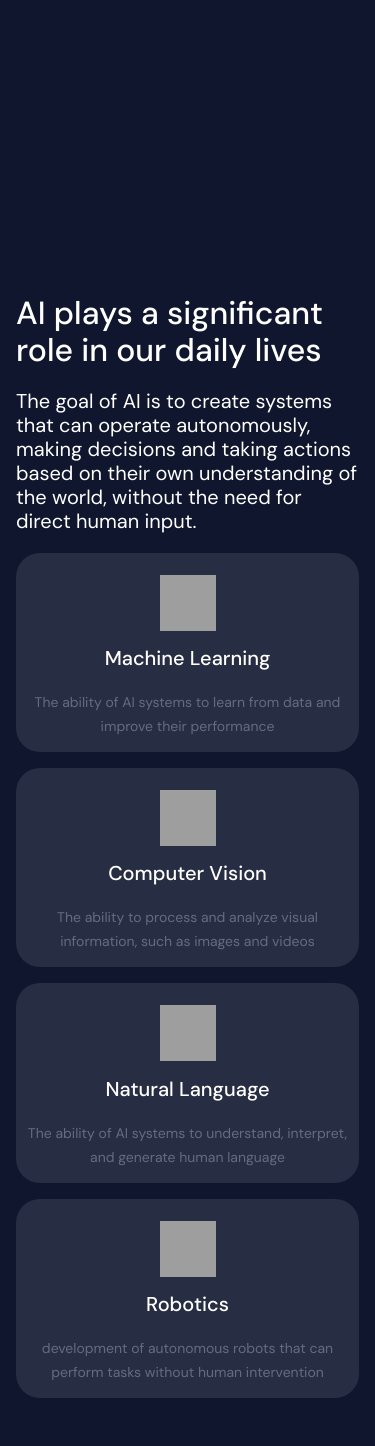
Repository: guli95/four-areas-of-AI-INVO-ACAdemy
Page: /
The author's editor kept a copy of each file at every save. The page is drawn from the files as they stood at one save, then again after the next save.
The browser window is 375 px wide. The pictures show the whole page.
Pictures or frames that could not be fetched are drawn as grey boxes. The project was rebuilt for these pictures with package versions that can differ from the ones it lists, and the page was loaded fresh each time.

Above is the page before, as saved 2023-03-13 16:07:47.

### index.html
<!DOCTYPE html>
<html lang="en">

<head>
  <meta charset="UTF-8" />
  <link rel="icon" type="image/svg+xml" href="/vite.svg" />
  <meta name="viewport" content="width=device-width, initial-scale=1.0" />
  <title>Four AI areas</title>
</head>

<!-- In order to start your challenge, remove all the content inside <div id="home-page"></div> and start coding :) -->

<body>
  <div id="home-page">
    <div class="flexbox-container">
      <div class="heading-wrapper">
        <h1 class="heading-title">AI plays a significant role in our daily lives</h1>
        <p class="heading-text">The goal of AI is to create systems that can operate autonomously, making decisions and taking actions based on their own understanding of the world, without the need for direct human input.</p>
      </div>
      <div class="card-container">
        <a href="" class="card-link">
        <div class="card">
          <img src="./public/images/card-icon1.png" alt="" class="card-img" role="presentation">
          <h3 class="card-title">Machine Learning</h3>
          <p class="card-text">The ability of AI systems to learn from data and improve their performance</p>
        </div>
        </a>
        <a href="" class="card-link">
        <div class="card">
          <img src="./public/images/card-icon2.png" alt="" class="card-img" role="presentation">
          <h3 class="card-title">Computer Vision</h3>
          <p class="card-text">The ability to process and analyze visual information, such as images and videos</p>
        </div>
        </a>
        <a href="" class="card-link">
        <div class="card">
          <img src="./public/images/card-icon3.png" alt="" class="card-img" role="presentation">
          <h3 class="card-title">Natural Language</h3>
          <p class="card-text">The ability of AI systems to understand, interpret, and generate human language</p>
        </div>
        </a>
        <a href="" class="card-link">
        <div class="card">
          <img src="./public/images/card-icon4.png" alt="" class="card-img" role="presentation">
          <h3 class="card-title">Robotics</h3>
          <p class="card-text">development of autonomous robots that can perform tasks without human intervention</p>
        </div>
        </a>
      </div>
    </div>
  </div>

  <script type="module" src="/src/global-scripts/main.js"></script>
</body>

</html>

### src/global-scripts/main.js
/// Main JavaScript File
/// Here we import all the global JavaScript files we need for our project.

import "../global-styles/style.scss";
import "../../src/pages/home-page/styles/home-page.scss";

### src/global-styles/style.scss
/// Main Styles File
/// Here we import all the global Styles files we need for our project.

@import "styles/normalize.scss";
@import "styles/root.scss";
@import "styles/fonts.scss";

body {
  font-family: 'DS sans', sans-serif;
  color: var(--color-primary);
}

p {
  color: var(--color-on-surface);
}

### src/pages/home-page/styles/home-page.scss
/// Homepage Styles File
/// Here we import all the Styles files we need for our Homepage.
@import '../../../global-styles/styles/_root.scss';

#home-page{
    color: var(--color-white);
    font-family: 'DM Sans',sans-serif;
    height: 100%;

 .flexbox-container{
    max-width: 1440px;
    padding: 0 20px;
    display: flex;
    justify-content: center;
    margin: 160px auto 0 auto;
    gap: 0px;
    @media screen and (max-width:1191px) {
        flex-direction:column;
        align-items: center;
        margin-top: 247px;
    }
    @media screen and (max-width:480px) {
        padding: 48px 16px;
    }
    .heading-wrapper{
        font-family: "DM Sans", sans-serif;
        text-align: left ;
        vertical-align: top;
        max-width: 480px;
        padding-left: 30px;
        padding-right: 60px;
        @media screen and (max-width:1191px) {
            width: 100%;
            padding: 0 14px;
            max-width: 500px;
        }
        .heading-title{
            font-size: var(--text-xl);
            font-weight: 500;
            line-height: 115%;
            letter-spacing: 0.2%;
            margin: 0 0 24px 0;
            @media screen and (max-width:1191px) {
                margin-bottom: 10px;

            }
            @media screen and (max-width:480px) {
                font-size: var(--text-l);
            }
        }
        .heading-text{
            font-size: var(--text-m);
            line-height: 24px;
            font-weight: 300;

        }
        @media screen and (max-width:480px) {
            font-size: var(--text-s);
        }
    }
    .card-container{
        display: flex;
        justify-content: center;
        flex-wrap: wrap;
        gap: 24px;
        max-width: 620px;
        @media screen and (max-width:1191px) {
            width: 100%;
            gap:16px;
            max-width: 500px;
        }
        .card-link{
            display: flex;
            color: var(--color-white);
            text-decoration: none;
            flex-direction: column;
            align-items: center;
            max-width: 240px;
            max-width: 250px;
            min-height: 200px;
            padding: 22px 10px;
            background-color:var(--color-secondary-grey);
            text-align: center;
            border-radius: var(--rounding-big);
            transition: .2s;
            &:hover{
                background-color: lighten($color: #272D42, $amount: 10) ;
            }
            @media screen and (max-width:1191px) {
                max-width: 220px;
                padding-bottom: 0;
                justify-content: flex-start;
                min-height: auto;
            }
            @media screen and (max-width:480px) {
                width: 100%;
                min-height:auto;
                max-width: none;
            }
            .card-img{
                width: 64px;
                height: 64px;
                @media screen and (max-width:1191px) {
                    width: 56px;
                    height: 56px;
                }
            }
            .card-title{
                font-size: var(--text-m);
                font-weight: 500;
                margin-top: 12px;
            }
            .card-text{
                font-size: var(--text-s);
                mix-blend-mode:soft-light;
                line-height: 24px;
                @media screen and (max-width:1191px) {
                    font-size: var(--text-xs);
                }
            }
        }

    }
}

}

### src/global-styles/styles/normalize.scss
/*! normalize.css v8.0.1 | MIT License | github.com/necolas/normalize.css */

/* Document
   ========================================================================== */

/**
 * 1. Correct the line height in all browsers.
 * 2. Prevent adjustments of font size after orientation changes in iOS.
 */

html {
  line-height: 1.15; /* 1 */
  -webkit-text-size-adjust: 100%; /* 2 */
  background-color: var(--color-primary-dark-blue);
}

/* Sections
   ========================================================================== */

/**
 * Remove the margin in all browsers.
 */

body {
  margin: 0;
}

/**
 * Render the `main` element consistently in IE.
 */

main {
  display: block;
}

/**
 * Correct the font size and margin on `h1` elements within `section` and
 * `article` contexts in Chrome, Firefox, and Safari.
 */

h1 {
  font-size: 2em;
  margin: 0.67em 0;
}

/* Grouping content
   ========================================================================== */

/**
 * 1. Add the correct box sizing in Firefox.
 * 2. Show the overflow in Edge and IE.
 */

hr {
  box-sizing: content-box; /* 1 */
  height: 0; /* 1 */
  overflow: visible; /* 2 */
}

/**
 * 1. Correct the inheritance and scaling of font size in all browsers.
 * 2. Correct the odd `em` font sizing in all browsers.
 */

pre {
  font-family: monospace, monospace; /* 1 */
  font-size: 1em; /* 2 */
}

/* Text-level semantics
   ========================================================================== */

/**
 * Remove the gray background on active links in IE 10.
 */

a {
  background-color: transparent;
}

/**
 * 1. Remove the bottom border in Chrome 57-
 * 2. Add the correct text decoration in Chrome, Edge, IE, Opera, and Safari.
 */

abbr[title] {
  border-bottom: none; /* 1 */
  text-decoration: underline; /* 2 */
  text-decoration: underline dotted; /* 2 */
}

/**
 * Add the correct font weight in Chrome, Edge, and Safari.
 */

b,
strong {
  font-weight: bolder;
}

/**
 * 1. Correct the inheritance and scaling of font size in all browsers.
 * 2. Correct the odd `em` font sizing in all browsers.
 */

code,
kbd,
samp {
  font-family: monospace, monospace; /* 1 */
  font-size: 1em; /* 2 */
}

/**
 * Add the correct font size in all browsers.
 */

small {
  font-size: 80%;
}

/**
 * Prevent `sub` and `sup` elements from affecting the line height in
 * all browsers.
 */

sub,
sup {
  font-size: 75%;
  line-height: 0;
  position: relative;
  vertical-align: baseline;
}

sub {
  bottom: -0.25em;
}

sup {
  top: -0.5em;
}

/* Embedded content
   ========================================================================== */

/**
 * Remove the border on images inside links in IE 10.
 */

img {
  border-style: none;
}

/* Forms
   ========================================================================== */

/**
 * 1. Change the font styles in all browsers.
 * 2. Remove the margin in Firefox and Safari.
 */

button,
input,
optgroup,
select,
textarea {
  font-family: inherit; /* 1 */
  font-size: 100%; /* 1 */
  line-height: 1.15; /* 1 */
  margin: 0; /* 2 */
}

/**
 * Show the overflow in IE.
 * 1. Show the overflow in Edge.
 */

button,
input { /* 1 */
  overflow: visible;
}

/**
 * Remove the inheritance of text transform in Edge, Firefox, and IE.
 * 1. Remove the inheritance of text transform in Firefox.
 */

button,
select { /* 1 */
  text-transform: none;
}

/**
 * Correct the inability to style clickable types in iOS and Safari.
 */

button,
[type="button"],
[type="reset"],
[type="submit"] {
  -webkit-appearance: button;
}

/**
 * Remove the inner border and padding in Firefox.
 */

button::-moz-focus-inner,
[type="button"]::-moz-focus-inner,
[type="reset"]::-moz-focus-inner,
[type="submit"]::-moz-focus-inner {
  border-style: none;
  padding: 0;
}

/**
 * Restore the focus styles unset by the previous rule.
 */

button:-moz-focusring,
[type="button"]:-moz-focusring,
[type="reset"]:-moz-focusring,
[type="submit"]:-moz-focusring {
  outline: 1px dotted ButtonText;
}

/**
 * Correct the padding in Firefox.
 */

fieldset {
  padding: 0.35em 0.75em 0.625em;
}

/**
 * 1. Correct the text wrapping in Edge and IE.
 * 2. Correct the color inheritance from `fieldset` elements in IE.
 * 3. Remove the padding so developers are not caught out when they zero out
 *    `fieldset` elements in all browsers.
 */

legend {
  box-sizing: border-box; /* 1 */
  color: inherit; /* 2 */
  display: table; /* 1 */
  max-width: 100%; /* 1 */
  padding: 0; /* 3 */
  white-space: normal; /* 1 */
}

/**
 * Add the correct vertical alignment in Chrome, Firefox, and Opera.
 */

progress {
  vertical-align: baseline;
}

/**
 * Remove the default vertical scrollbar in IE 10+.
 */

textarea {
  overflow: auto;
}

/**
 * 1. Add the correct box sizing in IE 10.
 * 2. Remove the padding in IE 10.
 */

[type="checkbox"],
[type="radio"] {
  box-sizing: border-box; /* 1 */
  padding: 0; /* 2 */
}

/**
 * Correct the cursor style of increment and decrement buttons in Chrome.
 */

[type="number"]::-webkit-inner-spin-button,
[type="number"]::-webkit-outer-spin-button {
  height: auto;
}

/**
 * 1. Correct the odd appearance in Chrome and Safari.
 * 2. Correct the outline style in Safari.
 */

[type="search"] {
  -webkit-appearance: textfield; /* 1 */
  outline-offset: -2px; /* 2 */
}

/**
 * Remove the inner padding in Chrome and Safari on macOS.
 */

[type="search"]::-webkit-search-decoration {
  -webkit-appearance: none;
}

/**
 * 1. Correct the inability to style clickable types in iOS and Safari.
 * 2. Change font properties to `inherit` in Safari.
 */

::-webkit-file-upload-button {
  -webkit-appearance: button; /* 1 */
  font: inherit; /* 2 */
}

/* Interactive
   ========================================================================== */

/*
 * Add the correct display in Edge, IE 10+, and Firefox.
 */

details {
  display: block;
}

/*
 * Add the correct display in all browsers.
 */

summary {
  display: list-item;
}

/* Misc
   ========================================================================== */

/**
 * Add the correct display in IE 10+.
 */

template {
  display: none;
}

/**
 * Add the correct display in IE 10.
 */

[hidden] {
  display: none;
}

### src/global-styles/styles/root.scss
/// Root Styles file
/// Here we define all the root variables we need for our project.
/// For examples see Material Design color system: https://m2.material.io/design/color/the-color-system.html

:root {
    $--color-primary-dark-blue: #0F162D !global;
    --color-primary-pink: #CA59FF;
    --color-primary-purple: #6C7CFF;
    --color-primary-green: #2AFFFF;
    --color-primary-yellow: #FFF629;
    --color-white: #FFFFFF;
    --color-black: #000;
    --color-secondary-grey:#272D42;

}

### src/global-styles/styles/fonts.scss
/// Main Fonts File
/// Here we import all the fonts files we need for our project.

@import url('https://fonts.googleapis.com/css2?family=Roboto:ital,wght@0,100;0,300;0,400;0,500;0,700;0,900;1,100;1,300;1,400;1,500;1,700;1,900&display=swap');
@import url('https://fonts.googleapis.com/css2?family=DM+Sans:wght@400;500&display=swap');

### src/global-styles/styles/_root.scss
/// Root Styles file
/// Here we define all the root variables we need for our project.
/// For examples see Material Design color system: https://m2.material.io/design/color/the-color-system.html

:root {
    //colors
    --color-primary-dark-blue: #0F162D ;
    --color-primary-pink: #CA59FF;
    --color-primary-purple: #6C7CFF;
    --color-primary-green: #2AFFFF;
    --color-primary-yellow: #FFF629;
    --color-white: #FFFFFF;
    --color-black: #000;
    --color-secondary-grey:#272D42;

    //font-size
    --text-xl:48px;
    --text-l:32px;
    --text-m:20px;
    --text-s:16px;
    --text-xs:14px;

    //rounding
    --rounding-big:24px;
    --rounding-small:16px;
}

After the next save:
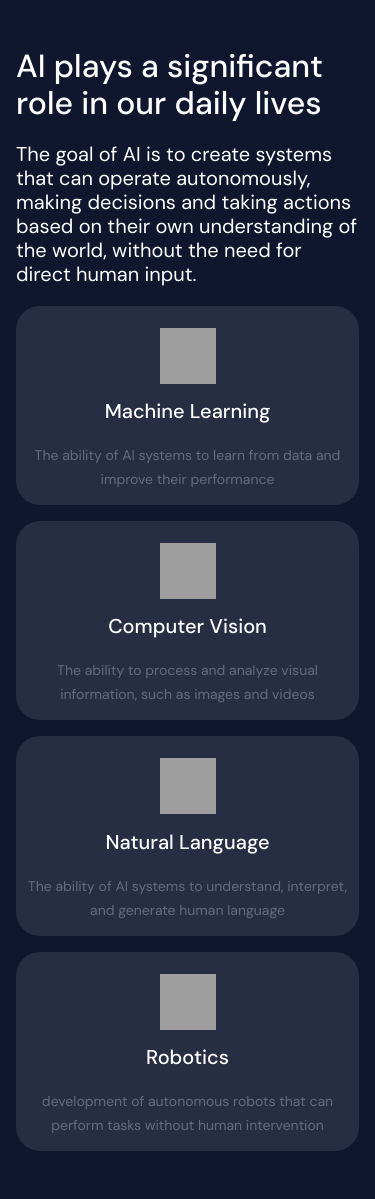
Saved 38 s later.
--- a/src/pages/home-page/styles/home-page.scss
+++ b/src/pages/home-page/styles/home-page.scss
@@ -21,6 +21,7 @@
     }
     @media screen and (max-width:480px) {
         padding: 48px 16px;
+        margin-top: 0px;
     }
     .heading-wrapper{
         font-family: "DM Sans", sans-serif;
